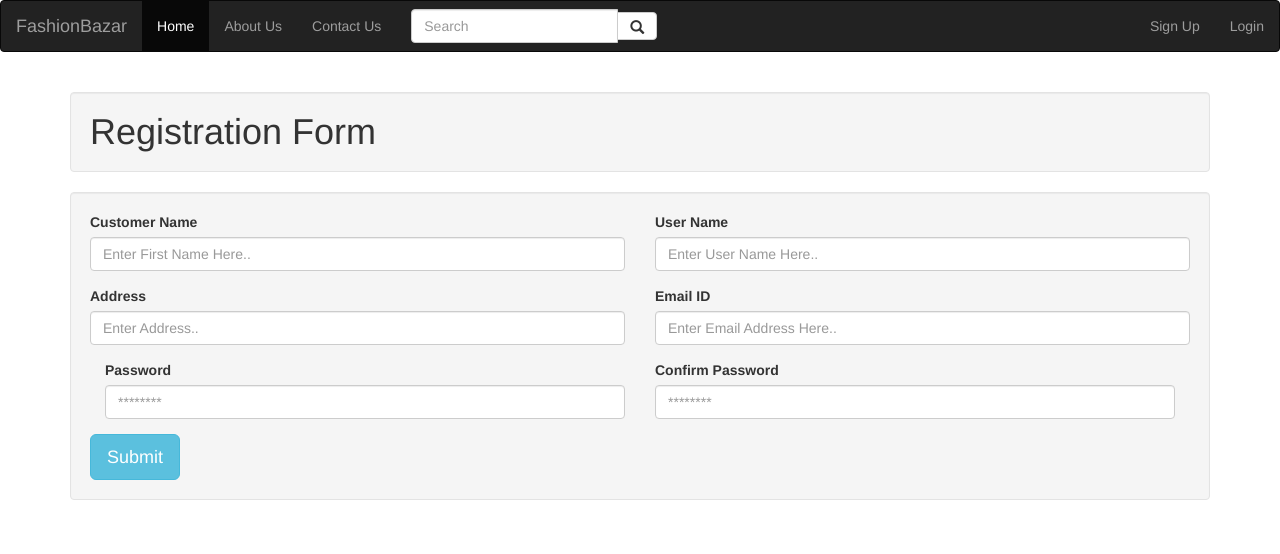
Repository: SmithaMendonca/Project-1
Page: http://localhost/FashionBazarFrontend/WEB-INF/views/Register.jsp
These files come from the project's save history. The page is drawn as it stood at one moment and after the next save; the edit follows.
The browser window is 1280 px wide. The pictures show the whole page.
The page is served by Tomcat 9. Nobody is signed in. Other server files are loaded and not shown. The template is opened directly, without the code that normally fills it, so the values that code supplies are empty.

Above is the page before, as saved 2019-06-05 16:31:37.

### FashionBazarFrontend/src/main/webapp/WEB-INF/views/Register.jsp
<%@include file="Header.jsp"%>
<div class="container">
    <h1 class="well">Registration Form</h1>
	<div class="col-lg-12 well">
	<div class="row">
				<form method="post" action="<c:url value="/registration"/>">
					<div class="col-sm-12">
						<div class="row">
							<div class="col-sm-6 form-group">
								<label>Customer Name</label>
								<input type="text" name="customerName" placeholder="Enter First Name Here.." class="form-control">
							</div>
							 <div class="col-sm-6 form-group">
								<label>User Name</label>
								<input type="text" name="userName" placeholder="Enter User Name Here.." class="form-control">
					    	</div>
						</div>

					   <div class="row">
						<div class="col-sm-6 form-group">
							<label>Address</label>
							<input type="text"  class="form-control" name="address" placeholder="Enter Address..">
						</div>
					    <div class="col-sm-6 form-group">
						<label>Email ID</label>
						<input type="text" name="email" placeholder="Enter Email Address Here.." class="form-control">
					   </div>
					   </div>
					<div class="col-sm-6 form-group">
						<label>Password</label>
						<input type="password"  class="form-control" name="password" placeholder="********" id="pass">
					</div>
					<div class="col-sm-6 form-group">
						<label>Confirm Password</label>
						<input type="password"  class="form-control" name="confirm-password" placeholder="********" id="confirmpass">
					</div>
					<div class="form-group">
                        <input name="role" type="hidden" value="ROLE_USER"/>
                     </div>

                     <div class="form-group">
                          <input name="enabled" type="hidden" value="true"/>
                       </div>
					<button type="submit" class="btn btn-lg btn-info" onclick="return Validate()">Submit</button>
					</div>
				</form>
				</div>
	</div>
	</div>
	 <!-- Validating Password -->
<script type="text/javascript">

function Validate()
{

    var password = document.getElementById("pass").value;

    var confirmpass = document.getElementById("confirmpass").value;

    if (password != confirmpass)
     {

        alert("Password does Not Match.");
         return false;

     }
      return true;
}
</script>

</body>
</html>

### FashionBazarFrontend/src/main/webapp/WEB-INF/views/Header.jsp
<%@ page language="java" contentType="text/html"%>
<%@ taglib uri="http://java.sun.com/jsp/jstl/core" prefix="c"%>
<%@taglib prefix="form" uri="http://www.springframework.org/tags/form"%>
<html>
<head>
<title>Welcome to Fashion Bazar</title>
 <meta charset="utf-8">
 <meta name="viewport" content="width=device-width, initial-scale=1">
 <link rel="stylesheet" href="https://maxcdn.bootstrapcdn.com/bootstrap/3.4.0/css/bootstrap.min.css">
  <script src="https://ajax.googleapis.com/ajax/libs/jquery/3.4.0/jquery.min.js"></script>
  <script src="https://maxcdn.bootstrapcdn.com/bootstrap/3.4.0/js/bootstrap.min.js"></script>
</head>
<body>
	  <nav class="navbar navbar-inverse">
      <div class="container-fluid">
        <div class="navbar-header">
	         <a class="navbar-brand" href="#">FashionBazar</a>
        </div>
        <ul class="nav navbar-nav">
         <c:if test="${!sessionScope.loggedIn }">
	      <li class="active"><a href="index.jsp">Home</a></li>
          <li><a href="<c:url value="/aboutus"/>">About Us</a></li>
          <li><a href="<c:url value="/contactus"/>">Contact Us</a></li>
          <form class="navbar-form navbar-left">
  				<div class="input-group">
    			  <input type="text" class="form-control" placeholder="Search">
   				 	<div class="input-group-btn">
      				<button class="btn btn-default" type="submit">
        				<i class="glyphicon glyphicon-search"></i>
      				</button>
    				</div>
  				</div>
			</form>
         </c:if>

         <c:if test="${sessionScope.loggedIn }">
               <c:if test="${sessionScope.role=='ROLE_ADMIN' }">
	      <li><a href="<c:url value="/category"/>">Category Management</a></li>
          <li><a href="<c:url value="/product"/>">Product Management</a></li>
               </c:if>
         </c:if>

          <c:if test="${sessionScope.loggedIn }">
              <c:if test="${sessionScope.role=='ROLE_USER' }">
           <li><a href="<c:url value="/productPage"/>">Products</a></li>
          <li><a href="<c:url value="/showCart"/>">Cart</a></li>
              </c:if>
          </c:if>
       </ul>

       <ul class="nav navbar-nav navbar-right">
         <c:if test="${!sessionScope.loggedIn }">
	     	<li><a href="<c:url value="/register"/>"><span-class="glyphicon glyphicon-user"></span> Sign Up</a></li>
        	 <li><a href="<c:url value="/login"/>"><span-class="glyphicon glyphicon-log-in"></span> Login</a></li>
         </c:if>

         <c:if test="${sessionScope.loggedIn }">
            <li><a href="#"><span-class="glyphicon glyphicon-user"></span> ${sessionScope.username}</a></li>
            <li><a href="<c:url value="/perform_logout"/>"><span-class="glyphicon glyphicon-log-in"></span> Logout</a></li>
         </c:if>
       </ul>
     </div>
    </nav>
</body>
</html>

After the next save:
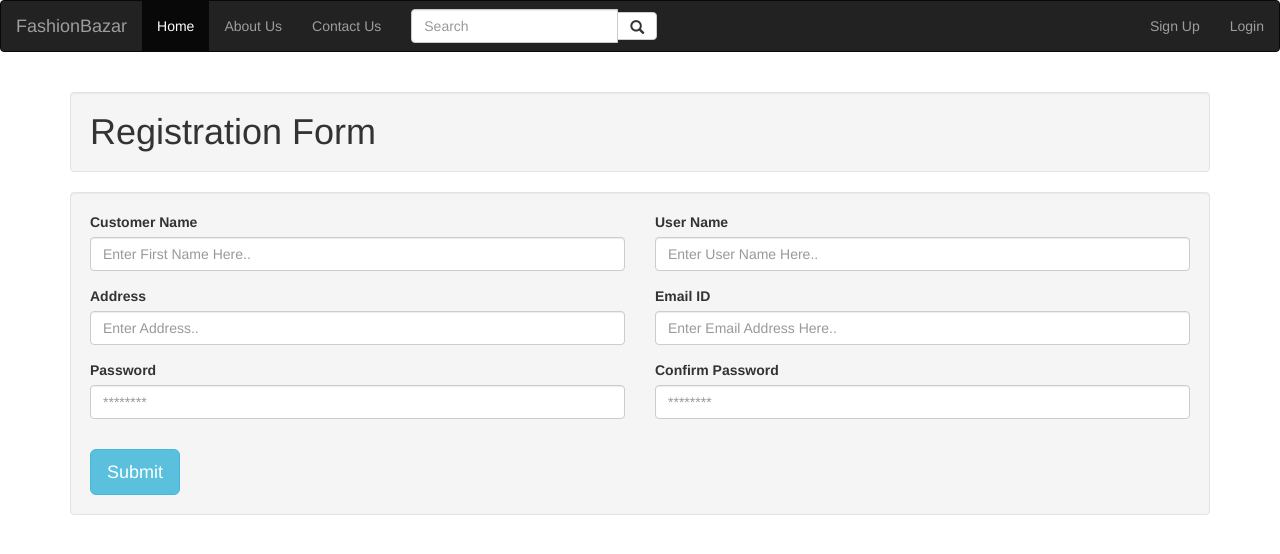
Saved 50 s later.
--- a/FashionBazarFrontend/src/main/webapp/WEB-INF/views/Register.jsp
+++ b/FashionBazarFrontend/src/main/webapp/WEB-INF/views/Register.jsp
@@ -26,14 +26,17 @@
 						<input type="text" name="email" placeholder="Enter Email Address Here.." class="form-control">
 					   </div>
 					   </div>
-					<div class="col-sm-6 form-group">
+
+					 <div class="row">
+					  <div class="col-sm-6 form-group">
 						<label>Password</label>
 						<input type="password"  class="form-control" name="password" placeholder="********" id="pass">
-					</div>
+					  </div>
 					<div class="col-sm-6 form-group">
 						<label>Confirm Password</label>
 						<input type="password"  class="form-control" name="confirm-password" placeholder="********" id="confirmpass">
 					</div>
+					 </div>
 					<div class="form-group">
                         <input name="role" type="hidden" value="ROLE_USER"/>
                      </div>
